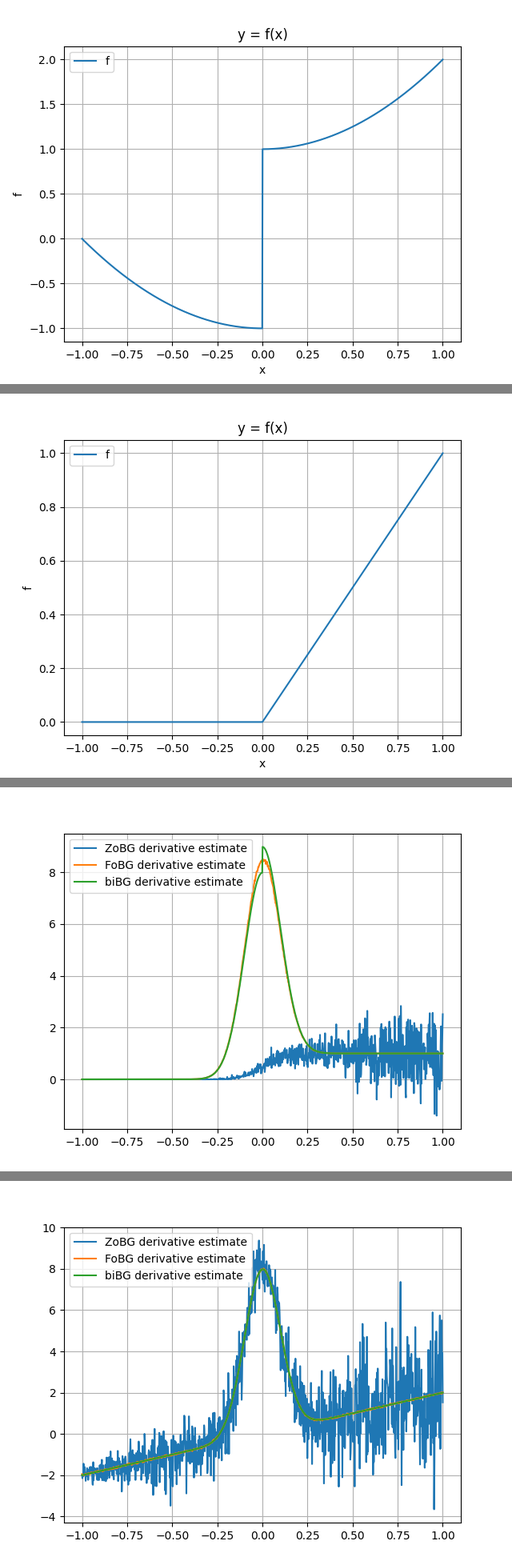
Repository: oomcth/Gradient-smoothing
Script's output: python test.py
These files come from the project's save history. The script's output is drawn as it stood at one moment and after a run of saves; the edit follows.
The pictures are shown at 80% of full size.
Each picture stacks the figures in order, with grey between them; figures that are only written to a file come last. Random numbers start from a fixed seed.

Above is the script's output before, as saved 2025-11-23 12:33:32.

After the next 2 saves:
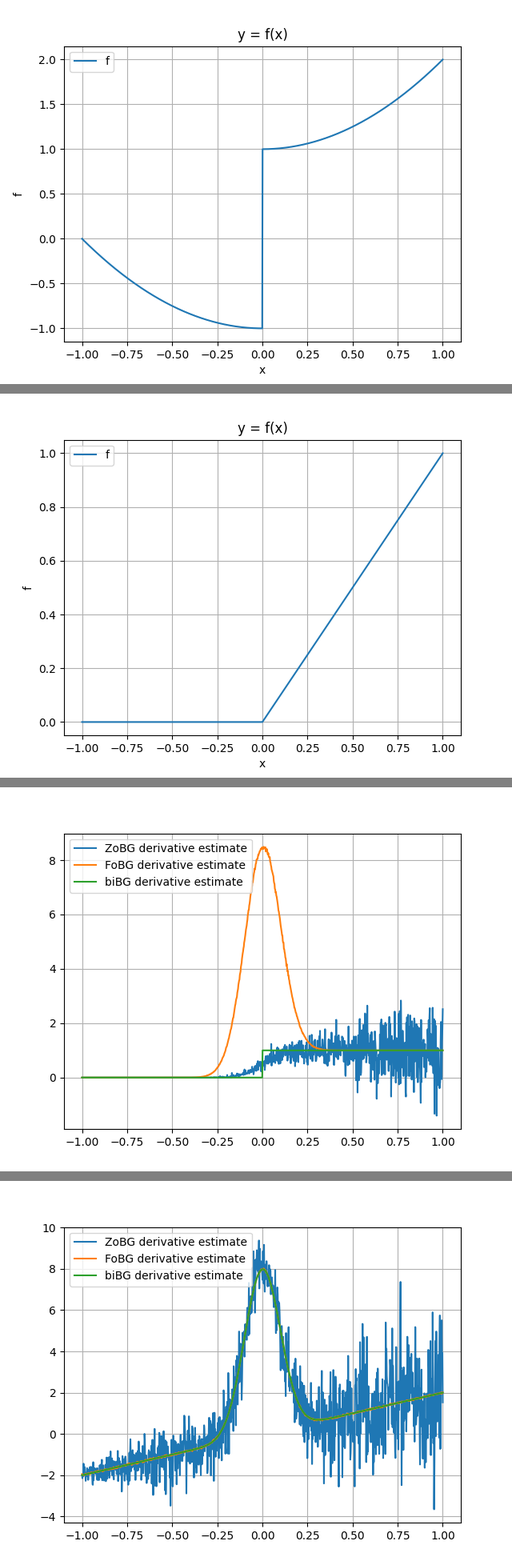
The 2 saves are shown as one change because they came seconds apart.
The last was saved 38 s later.
--- a/test.py
+++ b/test.py
@@ -61,10 +61,10 @@ def bi_gradient(f, x, M=100):
     x = np.array([x], dtype=np.float64)
     if f == coulomb_friction:
         grads = 2 * x
+        return grads.mean() + 2 * gaussian_pdf(-x, mu=0, sigma=sigma)
     elif f == ReLU:
         grads = x >= 0
-
-    return grads.mean() + 2 * gaussian_pdf(-x, mu=0, sigma=sigma)
+        return grads.mean()
 
 
 def visualize_derivatives(f):
